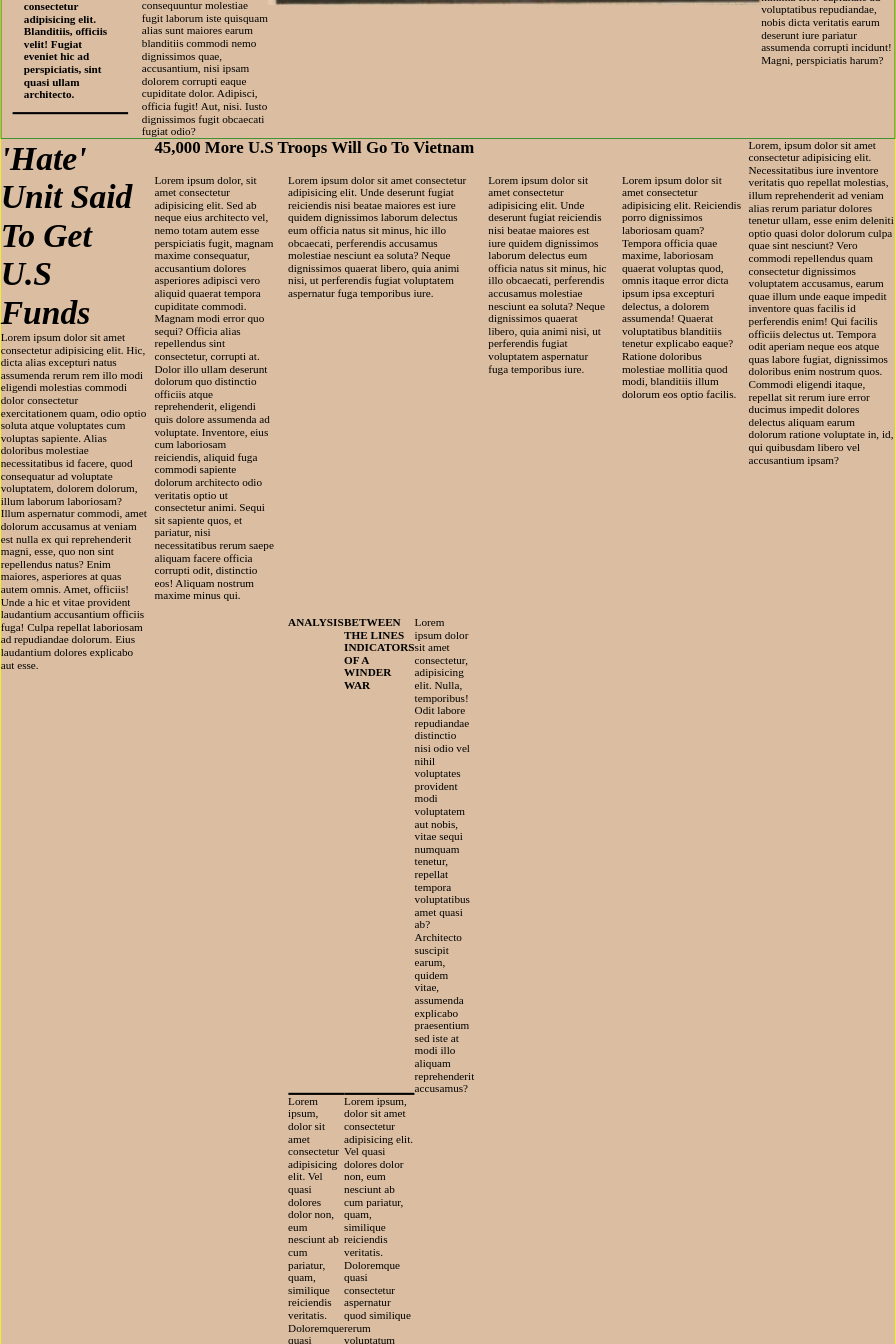
Repository: Arkitecth/newspaper-grid
Page: index.html
An editor plug-in stored every save of this project. The page is shown before and after the next save, followed by the edit.
The browser window is 1280 px wide. The pictures show the part of the page from y = 1043 to 2963 px (the page is 3400 px tall before and 2608 px after), at 70% of full size.

Above is the page before, as saved 2023-05-29 21:04:07.

After the next save:
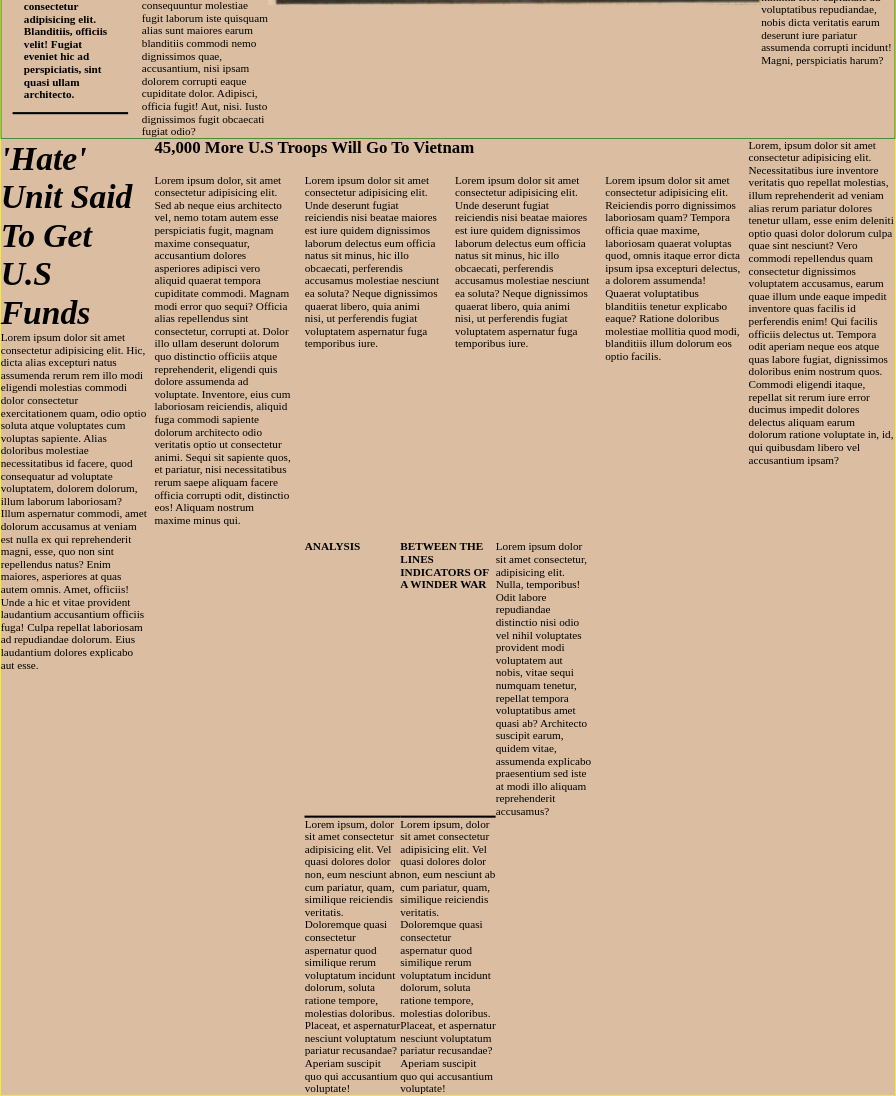
Saved 23 s later.
--- a/styles.css
+++ b/styles.css
@@ -128,7 +128,7 @@
 .bottom-grid {
     display: grid;
     grid-template-columns: 1fr 1fr 1fr;
-    grid-column: 2;
+    grid-column: 2/4;
 }
 
 .bottom-grid h4 {
